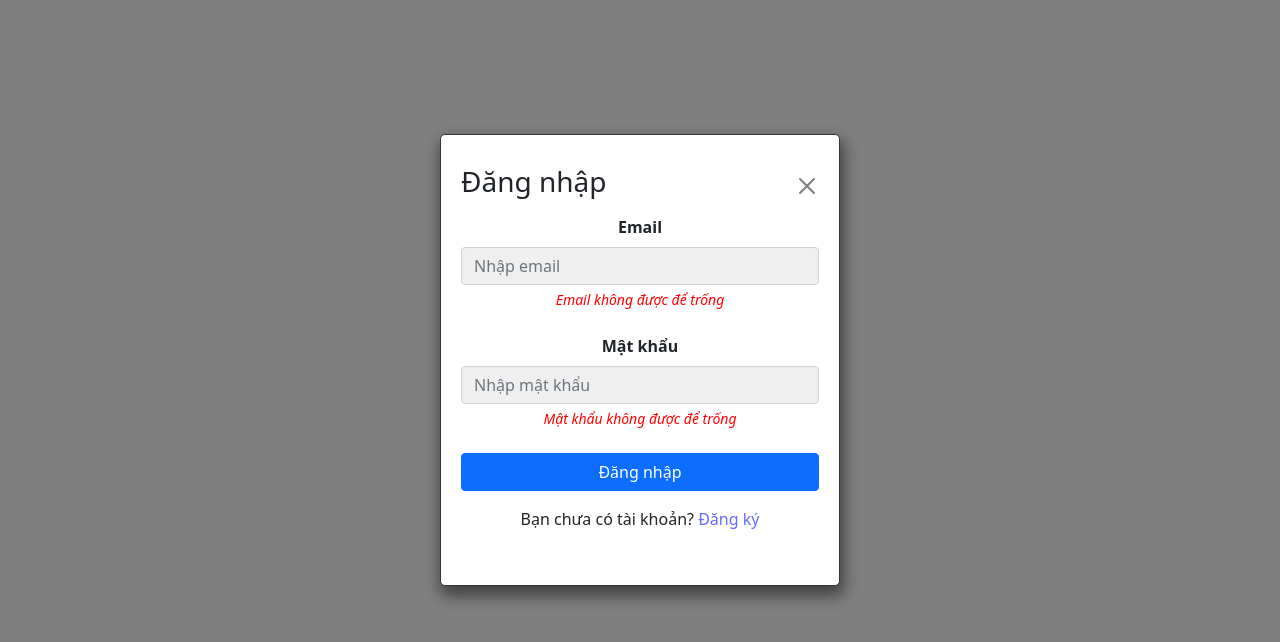
Repository: TinhTT336/MD02_Session12
Page: / (app in client/)
The author's editor kept a copy of each file at every save. The page is drawn from the files as they stood at one save, then again after the next save.
The browser window is 1280 px wide. The pictures show the whole page.
The project was rebuilt for these pictures with package versions that can differ from the ones it lists, and the page was loaded fresh each time. Also part of the build but not shown: client/vite.config.js, client/src/utils/formatData.js, client/src/components/admin/manager-product/FormAdd.jsx, client/src/components/admin/manager-product/FormEdit.jsx, client/src/pages/product/ListProduct.jsx, client/src/components/admin/manager-user/FormAddUser.jsx, client/src/components/admin/manager-user/FormEditUser.jsx, client/src/components/base/loading.css and 2 more.

Above is the page before, as saved 2023-09-12 13:47:19.

### client/index.html
<!DOCTYPE html>
<html lang="en">
  <head>
    <meta charset="UTF-8" />
    <link rel="icon" type="image/svg+xml" href="/vite.svg" />
    <meta name="viewport" content="width=device-width, initial-scale=1.0" />
    <title>Vite + React</title>
    <link
      href="https://cdn.jsdelivr.net/npm/bootstrap@5.0.2/dist/css/bootstrap.min.css"
      rel="stylesheet"
      integrity="sha384-EVSTQN3/azprG1Anm3QDgpJLIm9Nao0Yz1ztcQTwFspd3yD65VohhpuuCOmLASjC"
      crossorigin="anonymous"
    />
    <link
      rel="stylesheet"
      href="https://cdnjs.cloudflare.com/ajax/libs/font-awesome/6.4.2/css/all.min.css"
      integrity="sha512-z3gLpd7yknf1YoNbCzqRKc4qyor8gaKU1qmn+CShxbuBusANI9QpRohGBreCFkKxLhei6S9CQXFEbbKuqLg0DA=="
      crossorigin="anonymous"
      referrerpolicy="no-referrer"
    />
  </head>
  <body>
    <div id="root"></div>
    <script type="module" src="/src/main.jsx"></script>
  </body>
</html>

### client/src/App.jsx
import { useState } from 'react'
import reactLogo from './assets/react.svg'
import viteLogo from '/vite.svg'
import './App.css'
import ListProduct from './pages/product/ListProduct'
import ListUser from './pages/admin/ListUser'
import Login from './pages/user/login/Login'

function App() {
  const [count, setCount] = useState(0)

  return (
    <>
      {/* <ListProduct /> */}
      {/* <ListUser /> */}
      <Login />
    </>
  )
}

export default App

### client/src/pages/user/login/Login.jsx
import React from 'react';
import "./login.css";

export default function Login() {
    return (
        <>
            <div className='container-login'>
                <form className='form-login'>
                    <div className='d-flex justify-content-between align-items-center mb-2'>
                        <h3>Đăng nhập</h3>
                        <div className='btn btn-close'></div>
                    </div>
                    <div className='form-group mb-4'>
                        <label className='form-label' htmlFor="email">Email</label>
                        <input className='form-control' type="text" name="email" id="email" placeholder='Nhập email' />
                        <div className='text-err mt-1 border-err'>Email không được để trống</div>
                    </div>
                    <div className='form-group mb-4'>
                        <label className='form-label' htmlFor="password">Mật khẩu</label>
                        <input className='form-control' type="password" name="password" id="password" placeholder='Nhập mật khẩu' />
                        <div className='text-err mt-1 border-err'>Mật khẩu không được để trống</div>
                    </div>
                    <div className='mb-2'>
                        <button className='btn btn-primary w-100'>Đăng nhập</button>
                    </div>
                    <p className='p-2 text-center' >Bạn chưa có tài khoản? <a href='#'>Đăng ký</a> </p>
                </form>
            </div>
        </>
    )
}

### client/src/pages/user/login/login.css
.container-login {
  position: fixed;
  top: 0;
  bottom: 0;
  left: 0;
  right: 0;
  background: rgba(0, 0, 0, 0.5);
  display: flex;
  align-items: center;
  justify-content: center;
}
.form-login {
  padding: 30px 20px;
  border: 1px solid #333;
  width: 400px;
  background-color: #fff;
  border-radius: 5px;
  box-shadow: 2px 8px 16px 2px rgba(0, 0, 0, 0.5);
}
.form-group {
  display: flex;
  flex-direction: column;
}
.form-label {
  font-weight: 600;
}
.text-err {
  color: red;
  font-style: italic;
  font-size: 14px;
}
/* .text-err.border-err {
  border-color: red;
} */

### client/src/components/admin/manager-product/product.css
.product-container {
  position: fixed;
  bottom: 0;
  top: 0;
  right: 0;
  left: 0;
  background: rgba(0, 0, 0, 0.6);
  display: flex;
  align-items: center;
  justify-content: center;
  min-height: 100vh;
}
.form-container {
  width: 400px;
  padding: 20px;
  background-color: #fff;
  border: 1px solid #3333;
  border-radius: 4px;
}
.form-control {
  background-color: #efefef;
}

Loaded but not shown: client/src/main.jsx (common file); client/src/index.css (common file); client/src/App.css (common file)

After the next save:
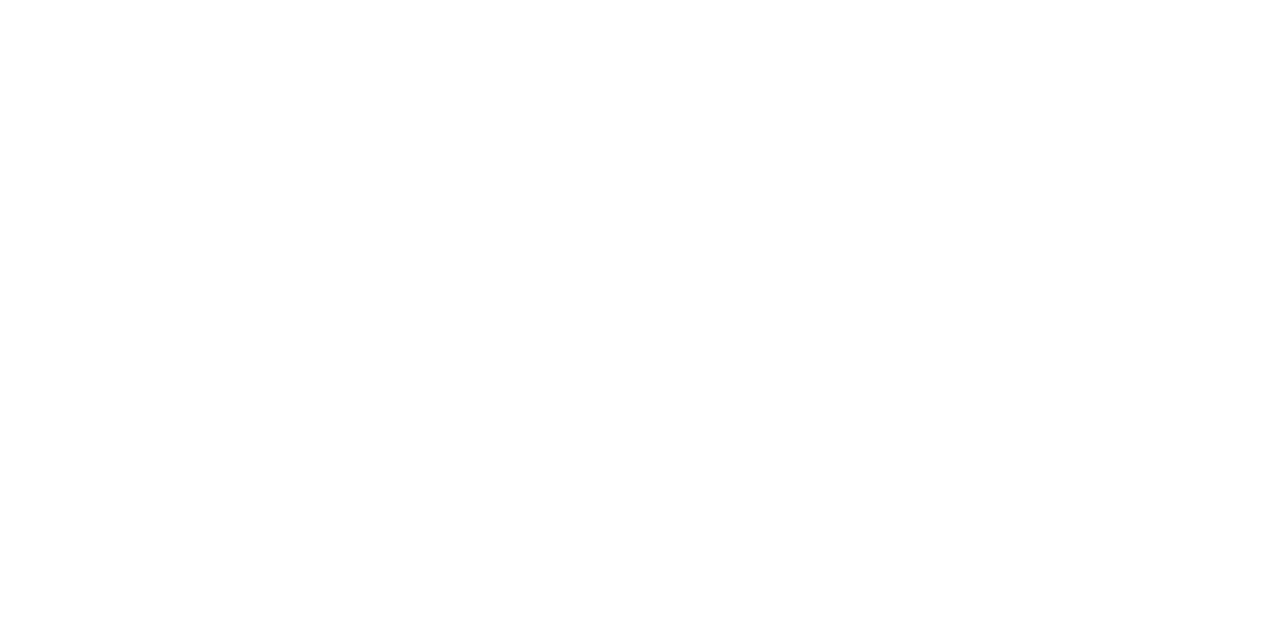
Console error: ReferenceError: handleInputChange is not defined
Saved 5 min 16 s later.
--- a/client/src/pages/user/login/Login.jsx
+++ b/client/src/pages/user/login/Login.jsx
@@ -1,7 +1,11 @@
-import React from 'react';
+import React, { useState } from 'react';
 import "./login.css";
 
 export default function Login() {
+    const [email, setEmail] = useState("");
+    const [password, setPassword] = useState("");
+
+
     return (
         <>
             <div className='container-login'>
@@ -12,12 +16,12 @@
                     </div>
                     <div className='form-group mb-4'>
                         <label className='form-label' htmlFor="email">Email</label>
-                        <input className='form-control' type="text" name="email" id="email" placeholder='Nhập email' />
+                        <input className='form-control' type="text" name="email" id="email" placeholder='Nhập email' value={email} onChange={handleInputChange} />
                         <div className='text-err mt-1 border-err'>Email không được để trống</div>
                     </div>
                     <div className='form-group mb-4'>
                         <label className='form-label' htmlFor="password">Mật khẩu</label>
-                        <input className='form-control' type="password" name="password" id="password" placeholder='Nhập mật khẩu' />
+                        <input className='form-control' type="password" name="password" id="password" placeholder='Nhập mật khẩu' value={password} onChange={handleInputChange} />
                         <div className='text-err mt-1 border-err'>Mật khẩu không được để trống</div>
                     </div>
                     <div className='mb-2'>

After the save that followed:
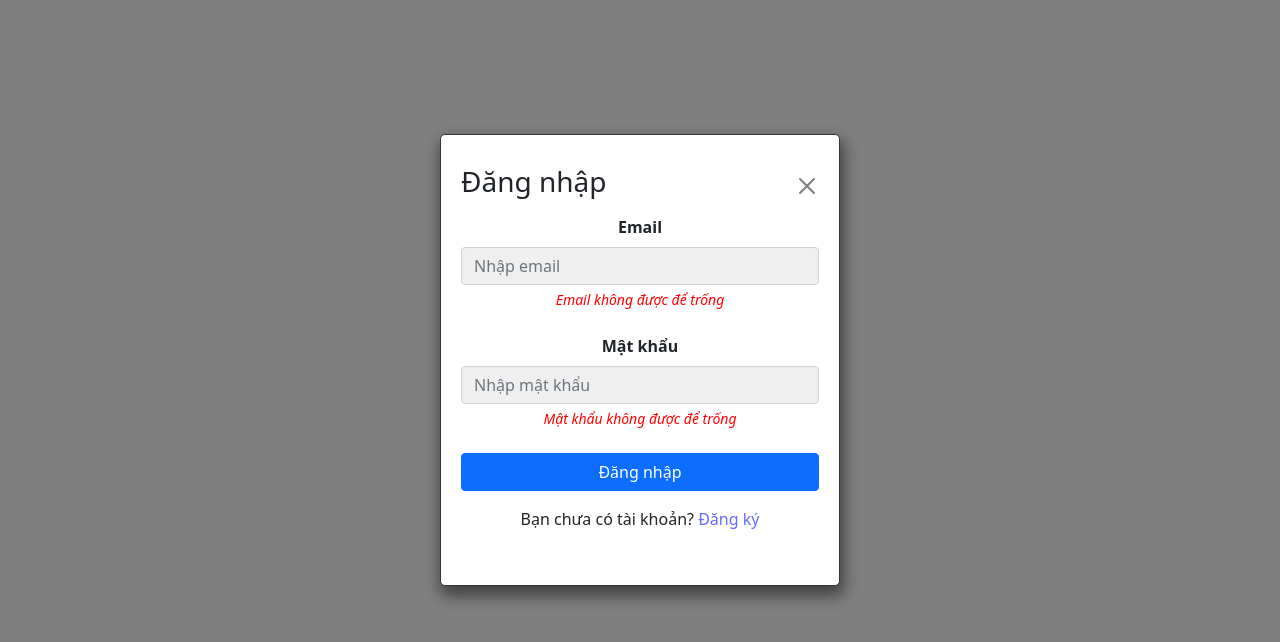
The error is gone.
Saved 87 s later.
--- a/client/src/pages/user/login/Login.jsx
+++ b/client/src/pages/user/login/Login.jsx
@@ -5,6 +5,11 @@
     const [email, setEmail] = useState("");
     const [password, setPassword] = useState("");
 
+    // ham lay du lieu tu o Input
+    const handleInputChange = (e) => {
+        const { value, name } = e.target;
+
+    }
 
     return (
         <>
